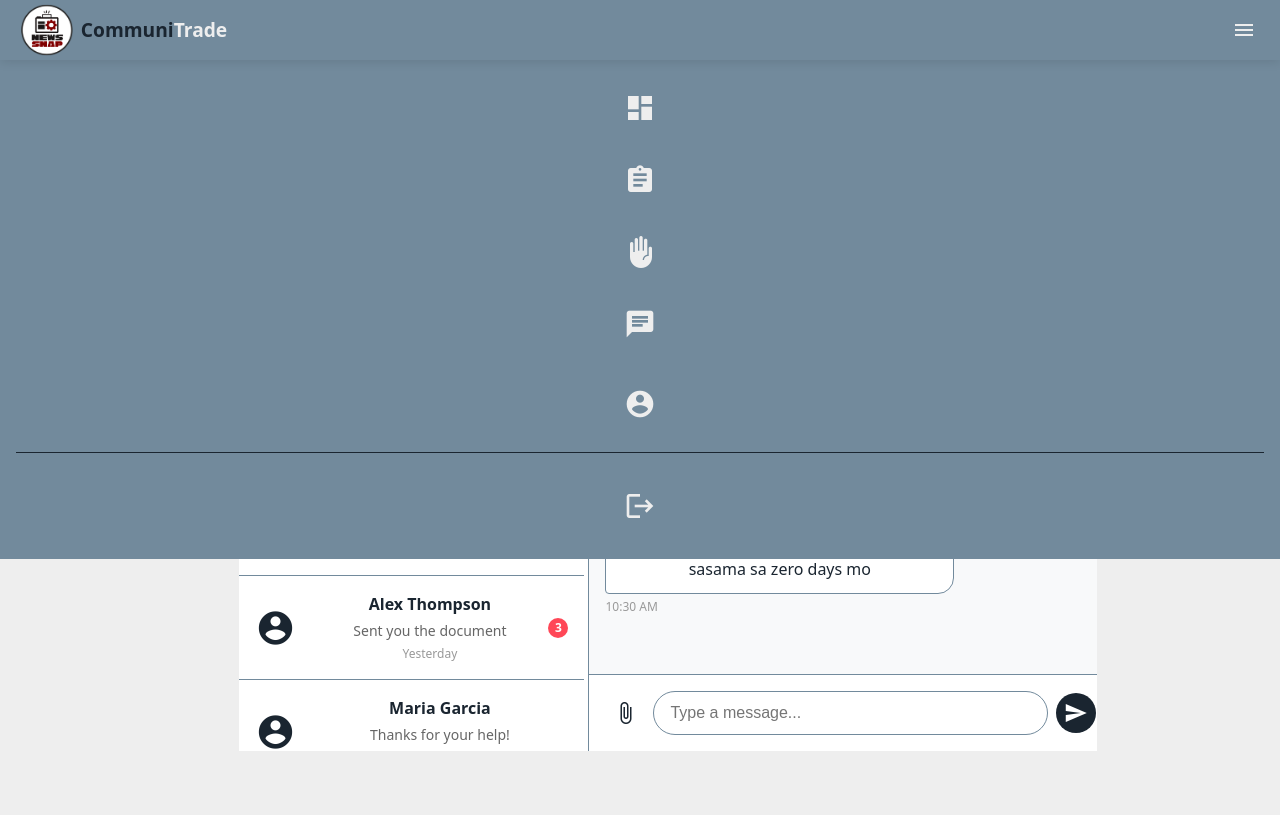
Repository: wholaanmo/news-snap
Page: /message
These files come from the project's save history. The page is drawn as it stood at one moment and after a run of saves; the edit follows.
The browser window is 1280 px wide. The pictures show the whole page.
The project was rebuilt for these pictures with package versions that can differ from the ones it lists, and the page was loaded fresh each time. Also part of the build but not shown: src/components/AdminNavbar.vue, src/components/AdminSidebar.vue, src/layouts/AdminLayout.vue.

Above is the page before, as saved 2025-10-15 19:59:30.

### index.html
<!doctype html>
<html lang="en">
  <head>
    <meta charset="UTF-8" />
    <link rel="icon" type="image/svg+xml" href="/vite.svg" />
    <meta name="viewport" content="width=device-width, initial-scale=1.0" />
    <title>CommuniTrade</title>
    <link href="https://fonts.googleapis.com/css2?family=Material+Icons"
      rel="stylesheet">
    <link href="https://fonts.googleapis.com/css2?family=Roboto:wght@400;700&display=swap" rel="stylesheet">
    <link href="https://fonts.googleapis.com/css2?family=Inter:wght@400;600&display=swap" rel="stylesheet">
  </head>
  <body>
    <div id="app"></div>
    <script type="module" src="/src/main.js"></script>
  </body>
</html>

### src/App.vue
<template>
  <div class="app">
    <router-view />
  </div>
</template>

<script setup>
// No need for layout logic here anymore - it's handled by individual layouts
</script>

<style lang="css">
:root {
  --primary: #1a2530;
  --grey: #728a9c;
  --dark: #0F0E0E;
  --dark-alt: #37353E;
  --light: #EEEEEE;
  --sidebar-width: 230px;
}

* {
  margin: 0;
  padding: 0;
  box-sizing: border-box;
  scrollbar-width: thin;
  scrollbar-color: #728a9c #f0f0f0;
}

body {
  background: var(--light);
}

button {
  cursor: pointer;
  appearance: none;
  border: none;
  outline: none;
  background: none;
}

.app {
  min-height: 100vh;
}
</style>

### src/layouts/UserLayout.vue
<template>
    <div class="user-layout">
      <UserNavbar :toggle-sidebar="toggleSidebar" />
      <div class="layout-body">
        <UserSidebar :isOpen="sidebarOpen" @toggle="sidebarOpen = $event" />
        <main class="user-content" :class="sidebarOpen && 'sidebar-open'">
          <router-view />
        </main>
      </div>
    </div>
  </template>

  <script setup>
  import { ref } from 'vue'
  import UserNavbar from '@/components/Navbar.vue'
  import UserSidebar from '@/components/Sidebar.vue'

  const sidebarOpen = ref(false)

  const toggleSidebar = () => {
    sidebarOpen.value = !sidebarOpen.value
  }
  </script>

  <style scoped>
  .user-layout {
    min-height: 100vh;
  }

  .layout-body {
    display: flex;
    min-height: calc(100vh - 60px);
    margin-top: 30px; /* Account for navbar height */
  }

  .user-content {
    flex: 1 1 0;
    margin-left: calc(1.5rem + 32px);
    transition: margin-left 0.2s ease-out;
    padding: 2rem;
  }

  .user-content.sidebar-open {
    margin-left: var(--sidebar-width);
  }

  @media (max-width: 768px) {
    .user-content {
      margin-left: 0;
      padding: 1rem;
    }

    .user-content.sidebar-open {
      margin-left: 0;
    }
  }
  </style>

### src/views/message.vue
<template>
  <div class="message-page">
    <!-- Sidebar with conversation list -->
    <div class="conversation-sidebar" :class="{ 'sidebar-collapsed': !isSidebarExpanded }">
      <div class="sidebar-header">
        <h2>Messages</h2>
      </div>

      <div class="conversation-list">
        <div
          v-for="conversation in conversations"
          :key="conversation.id"
          class="conversation-item"
          :class="{ active: activeConversation?.id === conversation.id }"
          @click="selectConversation(conversation)"
        >
          <div class="avatar">
            <span class="material-icons">account_circle</span>
          </div>
          <div class="conversation-info">
            <div class="user-name">{{ conversation.userName }}</div>
            <div class="last-message">{{ conversation.lastMessage }}</div>
            <div class="timestamp">{{ conversation.timestamp }}</div>
          </div>
          <div v-if="conversation.unreadCount > 0" class="unread-badge">
            {{ conversation.unreadCount }}
          </div>
        </div>
      </div>
    </div>

    <!-- Main chat area -->
    <div class="chat-area">
      <div v-if="activeConversation" class="chat-container">
        <!-- Chat header -->
        <div class="chat-header">
          <div class="chat-user-info">
            <span class="material-icons">account_circle</span>
            <span class="user-name">{{ activeConversation.userName }}</span>
            <span class="status" :class="activeConversation.status">{{ activeConversation.status }}</span>
          </div>
        </div>

        <!-- Messages container -->
        <div class="messages-container" ref="messagesContainer">
          <div
            v-for="message in activeConversation.messages"
            :key="message.id"
            class="message"
            :class="message.sender"
          >
            <div class="message-content">
              <img
                v-if="message.type === 'image'"
                :src="message.content"
                alt="Sent image"
                class="message-image"
                @click="openImageModal(message.content)"
              />
              <span v-else>{{ message.content }}</span>
            </div>
            <div class="message-time">
              {{ message.time }}
            </div>
          </div>
        </div>

        <!-- Message input -->
        <div class="message-input-container">
          <div class="input-wrapper">
            <input
              ref="fileInput"
              type="file"
              accept="image/*"
              style="display: none"
              @change="handleImageUpload"
            />
            <button @click="triggerFileInput" class="attachment-button">
              <span class="material-icons">attach_file</span>
            </button>
            <input
              v-model="newMessage"
              type="text"
              placeholder="Type a message..."
              @keyup.enter="sendMessage"
              class="message-input"
            >
            <button @click="sendMessage" class="send-button">
              <span class="material-icons">send</span>
            </button>
          </div>
        </div>
      </div>

      <!-- Empty state when no conversation selected -->
      <div v-else class="no-conversation">
        <div class="empty-state">
          <span class="material-icons">chat</span>
          <h3>Select a conversation</h3>
          <p>Choose a conversation from the list to start messaging</p>
        </div>
      </div>
    </div>

    <!-- Image Modal -->
    <div v-if="selectedImage" class="image-modal" @click="closeImageModal">
      <div class="modal-content">
        <img :src="selectedImage" alt="Full size image" />
        <button class="close-modal" @click="closeImageModal">
          <span class="material-icons">close</span>
        </button>
      </div>
    </div>
  </div>
</template>

<script setup>
import { ref, onMounted, nextTick } from 'vue'

// Reactive data
const isSidebarExpanded = ref(true)
const activeConversation = ref(null)
const newMessage = ref('')
const messagesContainer = ref(null)
const fileInput = ref(null)
const selectedImage = ref(null)

// Sample conversations data
const conversations = ref([
  {
    id: 1,
    userName: 'John Doe',
    lastMessage: 'Thanks for the help!',
    timestamp: '10:30 AM',
    unreadCount: 2,
    status: 'online',
    messages: [
      { id: 1, content: 'Hi sah!', sender: 'them', time: '10:15 AM' },
      { id: 2, content: 'Uy musta my young stunna?', sender: 'me', time: '10:16 AM' },
      { id: 3, content: 'Need ko help sa project namin', sender: 'them', time: '10:20 AM' },
      { id: 4, content: 'Ay bounce na ko jan sah', sender: 'me', time: '10:25 AM' },
      { id: 5, content: 'Awit, makikita mo talaga kung sino sasama sa zero days mo', sender: 'them', time: '10:30 AM' }
    ]
  },
  {
    id: 2,
    userName: 'Sarah Wilson',
    lastMessage: 'See you tomorrow!',
    timestamp: 'Yesterday',
    unreadCount: 0,
    status: 'offline',
    messages: [
      { id: 1, content: 'Meeting tomorrow at 3 PM', sender: 'them', time: 'Yesterday' },
      { id: 2, content: 'Owkie dowkie', sender: 'me', time: 'Yesterday' }
    ]
  },
  {
    id: 3,
    userName: 'Mike Johnson',
    lastMessage: 'Tapos na po maem',
    timestamp: '12/15/2024',
    unreadCount: 1,
    status: 'online',
    messages: [
      { id: 1, content: 'The files you requested are ready for review', sender: 'them', time: '12/15/2024' }
    ]
  },
  {
    id: 4,
    userName: 'Emily Davis',
    lastMessage: 'Are we still meeting today?',
    timestamp: '11:45 AM',
    unreadCount: 0,
    status: 'online',
    messages: [
      { id: 1, content: 'Hey, are you available for a quick call?', sender: 'them', time: '11:30 AM' },
      { id: 2, content: 'Sure, what time works for you?', sender: 'me', time: '11:35 AM' }
    ]
  },
  {
    id: 5,
    userName: 'Alex Thompson',
    lastMessage: 'Sent you the document',
    timestamp: 'Yesterday',
    unreadCount: 3,
    status: 'online',
    messages: [
      { id: 1, content: 'Can you review this document when you have time?', sender: 'them', time: 'Yesterday' },
      { id: 2, content: 'Of course, send it over', sender: 'me', time: 'Yesterday' }
    ]
  },
  {
    id: 6,
    userName: 'Maria Garcia',
    lastMessage: 'Thanks for your help!',
    timestamp: '12/14/2024',
    unreadCount: 0,
    status: 'offline',
    messages: [
      { id: 1, content: 'I really appreciate your assistance with the project', sender: 'them', time: '12/14/2024' },
      { id: 2, content: 'Happy to help anytime!', sender: 'me', time: '12/14/2024' }
    ]
  },
  {
    id: 7,
    userName: 'David Chen',
    lastMessage: 'Lets catch up soon',
    timestamp: '12/13/2024',
    unreadCount: 1,
    status: 'online',
    messages: [
      { id: 1, content: 'Long time no see! How have you been?', sender: 'them', time: '12/13/2024' },
      { id: 2, content: 'Doing great! We should definitely meet up', sender: 'me', time: '12/13/2024' }
    ]
  },
  {
    id: 8,
    userName: 'Lisa Rodriguez',
    lastMessage: 'The package arrived',
    timestamp: '12/12/2024',
    unreadCount: 0,
    status: 'offline',
    messages: [
      { id: 1, content: 'Just wanted to let you know the package arrived safely', sender: 'them', time: '12/12/2024' },
      { id: 2, content: 'Great! Thanks for the update', sender: 'me', time: '12/12/2024' }
    ]
  },
  {
    id: 9,
    userName: 'Kevin Wilson',
    lastMessage: 'Check this out!',
    timestamp: '12/11/2024',
    unreadCount: 2,
    status: 'online',
    messages: [
      { id: 1, content: 'Found this interesting article you might like', sender: 'them', time: '12/11/2024' },
      { id: 2, content: 'Looks cool, Ill read it later', sender: 'me', time: '12/11/2024' }
    ]
  }
])

// Methods
const toggleSidebar = () => {
  isSidebarExpanded.value = !isSidebarExpanded.value
}

const selectConversation = (conversation) => {
  activeConversation.value = conversation
  // Mark as read when selected
  conversation.unreadCount = 0
  // Scroll to bottom of messages
  nextTick(() => {
    scrollToBottom()
  })
}

const sendMessage = () => {
  if (!newMessage.value.trim() || !activeConversation.value) return

  const newMsg = {
    id: Date.now(),
    content: newMessage.value,
    sender: 'me',
    time: new Date().toLocaleTimeString([], { hour: '2-digit', minute: '2-digit' })
  }

  activeConversation.value.messages.push(newMsg)
  activeConversation.value.lastMessage = newMessage.value
  activeConversation.value.timestamp = 'Just now'

  newMessage.value = ''

  // Scroll to bottom after sending
  nextTick(() => {
    scrollToBottom()
  })
}

const triggerFileInput = () => {
  fileInput.value.click()
}

const handleImageUpload = (event) => {
  const file = event.target.files[0]
  if (file && file.type.startsWith('image/')) {
    const reader = new FileReader()
    reader.onload = (e) => {
      const imageMsg = {
        id: Date.now(),
        content: e.target.result,
        sender: 'me',
        type: 'image',
        time: new Date().toLocaleTimeString([], { hour: '2-digit', minute: '2-digit' })
      }

      activeConversation.value.messages.push(imageMsg)
      activeConversation.value.lastMessage = 'Sent an image'
      activeConversation.value.timestamp = 'Just now'

      // Scroll to bottom after sending
      nextTick(() => {
        scrollToBottom()
      })
    }
    reader.readAsDataURL(file)
  }

  // Reset file input
  event.target.value = ''
}

const openImageModal = (imageSrc) => {
  selectedImage.value = imageSrc
}

const closeImageModal = () => {
  selectedImage.value = null
}

const scrollToBottom = () => {
  if (messagesContainer.value) {
    messagesContainer.value.scrollTop = messagesContainer.value.scrollHeight
  }
}

// Lifecycle
onMounted(() => {
  // Select first conversation by default
  if (conversations.value.length > 0) {
    selectConversation(conversations.value[0])
  }
})
</script>

<style scoped>
.message-page {
  display: flex;
  height: calc(100vh - 60px);
  margin-top: -3px;
  background-color: var(--light);
  overflow: hidden; /* Prevent scrolling for the whole message page */
}

/* Conversation Sidebar Styles */
.conversation-sidebar {
  width: 350px;
  background-color: white;
  border-right: 1px solid var(--grey);
  display: flex;
  flex-direction: column;
  transition: width 0.3s ease;
  overflow: hidden;
}

.sidebar-collapsed {
  width: 60px;
}

.sidebar-header {
  display: flex;
  justify-content: space-between;
  align-items: center;
  padding: 1rem;
  border-bottom: 1px solid var(--grey);
  background-color: var(--grey);
}

.sidebar-header h2 {
  margin: 0;
  color: var(--primary);
  font-size: 1.5rem;
}

.toggle-sidebar {
  background: none;
  border: none;
  cursor: pointer;
  color: var(--primary);
  padding: 0.5rem;
  border-radius: 0.25rem;
}

.toggle-sidebar:hover {
  background-color: var(--light);
}

.conversation-list {
  flex: 1;
  overflow-y: auto;
  padding-right: 4px;
}

/* Custom scrollbar for conversation list */
.conversation-list::-webkit-scrollbar {
  width: 8px;
}

.conversation-list::-webkit-scrollbar-track {
  background: #f1f1f1;
  border-radius: 4px;
}

.conversation-list::-webkit-scrollbar-thumb {
  background: var(--primary);
  border-radius: 4px;
}

.conversation-list::-webkit-scrollbar-thumb:hover {
  background: var(--dark);
}

.conversation-item {
  display: flex;
  align-items: center;
  padding: 1rem;
  cursor: pointer;
  border-bottom: 1px solid var(--grey);
  transition: background-color 0.2s ease;
  position: relative;
}

.conversation-item:hover {
  background-color: var(--light);
}

.conversation-item.active {
  background-color: var(--primary);
  color: white;
}

.conversation-item.active .user-name,
.conversation-item.active .last-message,
.conversation-item.active .timestamp {
  color: white;
}

.avatar {
  margin-right: 1rem;
  flex-shrink: 0;
}

.avatar .material-icons {
  font-size: 2.5rem;
  color: var(--primary);
}

.conversation-item.active .avatar .material-icons {
  color: white;
}

.conversation-info {
  flex: 1;
  min-width: 0;
}

.user-name {
  font-weight: 600;
  margin-bottom: 0.25rem;
  color: var(--primary);
}

.last-message {
  font-size: 0.875rem;
  color: #666;
  white-space: nowrap;
  overflow: hidden;
  text-overflow: ellipsis;
}

.timestamp {
  font-size: 0.75rem;
  color: #999;
  margin-top: 0.25rem;
}

.unread-badge {
  background-color: #ff4757;
  color: white;
  border-radius: 50%;
  width: 20px;
  height: 20px;
  display: flex;
  align-items: center;
  justify-content: center;
  font-size: 0.75rem;
  font-weight: 600;
}

/* Chat Area Styles */
.chat-area {
  flex: 1;
  display: flex;
  flex-direction: column;
  background-color: white;
}

.chat-container {
  display: flex;
  flex-direction: column;
  height: 100%;
  width: 103%;
}

.chat-header {
  padding: 1rem;
  border-bottom: 1px solid var(--grey);
  background-color: white;
}

.chat-user-info {
  display: flex;
  align-items: center;
  gap: 0.5rem;
}

.chat-user-info .material-icons {
  font-size: 2rem;
  color: var(--primary);
}

.status {
  font-size: 0.875rem;
  padding: 0.25rem 0.5rem;
  border-radius: 1rem;
  text-transform: capitalize;
}

.status.online {
  background-color: #2ed573;
  color: white;
}

.status.offline {
  background-color: #747d8c;
  color: white;
}

.messages-container {
  flex: 1;
  padding: 1rem;
  overflow-y: auto;
  display: flex;
  flex-direction: column;
  gap: 1rem;
  background-color: #f8f9fa;
  padding-right: 8px;
}

/* Custom scrollbar for messages container */
.messages-container::-webkit-scrollbar {
  width: 6px;
}

.messages-container::-webkit-scrollbar-track {
  background: #e9ecef;
  border-radius: 3px;
}

.messages-container::-webkit-scrollbar-thumb {
  background: #adb5bd;
  border-radius: 3px;
}

.messages-container::-webkit-scrollbar-thumb:hover {
  background: #6c757d;
}

.message {
  display: flex;
  flex-direction: column;
  max-width: 70%;
}

.message.me {
  align-self: flex-end;
  align-items: flex-end;
}

.message.them {
  align-self: flex-start;
  align-items: flex-start;
}

.message-content {
  padding: 0.75rem 1rem;
  border-radius: 1rem;
  word-wrap: break-word;
}

.message.me .message-content {
  background-color: var(--primary);
  color: white;
  border-bottom-right-radius: 0.25rem;
}

.message.them .message-content {
  background-color: white;
  color: var(--primary);
  border: 1px solid var(--grey);
  border-bottom-left-radius: 0.25rem;
}

.message-image {
  max-width: 300px;
  max-height: 300px;
  border-radius: 0.5rem;
  cursor: pointer;
  transition: transform 0.2s ease;
}

.message-image:hover {
  transform: scale(1.02);
}

.message-time {
  font-size: 0.75rem;
  color: #999;
  margin-top: 0.25rem;
}

.message-input-container {
  padding: 1rem;
  border-top: 1px solid var(--grey);
  background-color: white;
}

.input-wrapper {
  display: flex;
  gap: 0.5rem;
  align-items: center;
}

.attachment-button {
  background: none;
  border: none;
  color: var(--primary);
  cursor: pointer;
  padding: 0.5rem;
  border-radius: 50%;
  transition: background-color 0.2s ease;
}

.attachment-button:hover {
  background-color: var(--light);
}

.message-input {
  flex: 1;
  padding: 0.75rem 1rem;
  border: 1px solid var(--grey);
  border-radius: 2rem;
  outline: none;
  font-size: 1rem;
}

.message-input:focus {
  border-color: var(--primary);
}

.send-button {
  background-color: var(--primary);
  color: white;
  border: none;
  border-radius: 50%;
  width: 40px;
  height: 40px;
  display: flex;
  align-items: center;
  justify-content: center;
  cursor: pointer;
  transition: background-color 0.2s ease;
}

.send-button:hover {
  background-color: var(--dark);
}

.no-conversation {
  flex: 1;
  display: flex;
  align-items: center;
  justify-content: center;
  background-color: #f8f9fa;
}

.empty-state {
  text-align: center;
  color: #666;
}

.empty-state .material-icons {
  font-size: 4rem;
  color: var(--grey);
  margin-bottom: 1rem;
}

/* Image Modal Styles */
.image-modal {
  position: fixed;
  top: 0;
  left: 0;
  width: 100%;
  height: 100%;
  background-color: rgba(0, 0, 0, 0.9);
  display: flex;
  align-items: center;
  justify-content: center;
  z-index: 1000;
}

.modal-content {
  position: relative;
  max-width: 90%;
  max-height: 90%;
}

.modal-content img {
  max-width: 100%;
  max-height: 90vh;
  border-radius: 0.5rem;
}

.close-modal {
  position: absolute;
  top: -40px;
  right: 0;
  background: none;
  border: none;
  color: white;
  font-size: 2rem;
  cursor: pointer;
  padding: 0.5rem;
}

/* Responsive Design */
@media (max-width: 768px) {
  .conversation-sidebar {
    position: absolute;
    left: 0;
    top: 0;
    height: 100%;
    z-index: 98;
    transform: translateX(0);
  }

  .sidebar-collapsed {
    transform: translateX(-100%);
  }

  .chat-area {
    width: 100%;
  }

  .message {
    max-width: 85%;
  }

  .message-image {
    max-width: 200px;
    max-height: 200px;
  }
}

/* Material Icons alignment fix */
.material-icons {
  vertical-align: bottom;
}
</style>

### src/components/Navbar.vue
<template>
  <nav class="navbar">
    <div class="navbar-content">
      <div class="navbar-left">
        <div class="logo-container">
          <img src="../assets/CommuniTrade.png" alt="CommuniTrade Logo" class="logo-img">
          <p class="logo-text">Communi<span class="logo-text1">Trade</span></p>
        </div>
      </div>

      <div class="navbar-right">
        <button class="hamburger-btn" @click="toggleSidebar">
          <span class="material-icons">menu</span>
        </button>
      </div>
    </div>
  </nav>
</template>

<script setup>
defineProps({
  toggleSidebar: Function
})
</script>

<style scoped>
.navbar {
  position: fixed;
  top: 0;
  left: 0;
  right: 0;
  height: 60px;
  background-color: var(--grey);
  color: var(--light);
  z-index: 98;
  box-shadow: 0 2px 10px rgba(0, 0, 0, 0.1);
}

.navbar-content {
  display: flex;
  align-items: center;
  justify-content: space-between;
  height: 100%;
  padding: 0 1rem;
}

.navbar-left {
  display: flex;
  align-items: center;
}

.navbar-right {
  display: flex;
  align-items: center;
}

.logo-container {
  display: flex;
  align-items: center;
  gap: 0.5rem;
}

.logo-img {
  width: 52px;
  height: 52px;
  object-fit: contain;
  margin-left: 0.3rem;
}

.logo-text1 {
  font-weight: bold;
  font-size: 1.2rem;
  color: var(--light);
}

.logo-text {
  font-weight: bold;
  font-size: 1.2rem;
  color: var(--primary);
}

.hamburger-btn {
  display: flex;
  align-items: center;
  justify-content: center;
  width: 40px;
  height: 40px;
  border-radius: 50%;
  transition: all 0.3s ease;
  color: var(--light);
}

.hamburger-btn:hover {
  color: var(--primary);
  transform: rotate(180deg);
}

/* Remove the media query that hides the logo text */
/* @media (max-width: 768px) {
  .logo-text {
    display: none;
  }
} */

/* Instead, adjust font size for very small screens */
@media (max-width: 480px) {
  .logo-text {
    font-size: 1rem;
  }

  .logo-img {
    width: 35px;
    height: 35px;
  }
}

@media (max-width: 360px) {
  .logo-text {
    font-size: 0.9rem;
  }
}
</style>

Loaded but not shown: src/style.css (common file); src/main.js (98 lines, source omitted); src/components/Sidebar.vue (236 lines, source omitted)

After the next 2 saves:
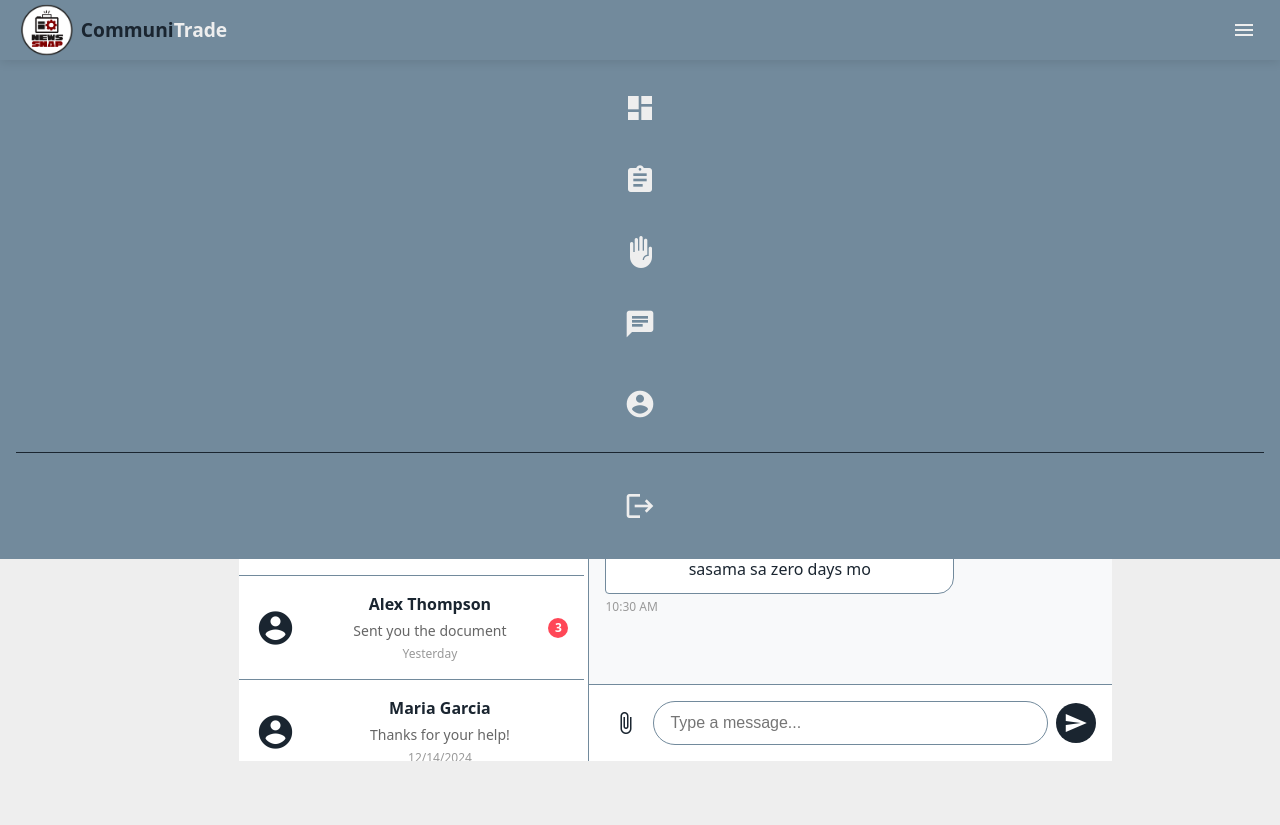
The 2 saves are shown as one change because they came seconds apart.
The last was saved 13 s later.
--- a/src/views/message.vue
+++ b/src/views/message.vue
@@ -335,10 +335,9 @@ onMounted(() => {
 <style scoped>
 .message-page {
   display: flex;
-  height: calc(100vh - 60px);
+  height: calc(100vh - 50px);
   margin-top: -3px;
   background-color: var(--light);
-  overflow: hidden; /* Prevent scrolling for the whole message page */
 }
 
 /* Conversation Sidebar Styles */
